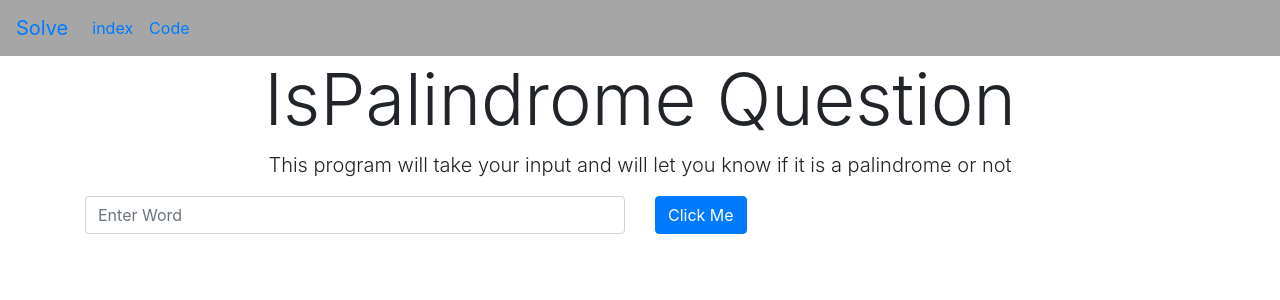
Repository: zhadjah9559/TacocatGrammar
Page: solve.html
These files come from the project's save history. The page is drawn as it stood at one moment and after the next save; the edit follows.
The browser window is 1280 px wide. The pictures show the whole page.

Above is the page before, as saved 2021-01-12 01:02:09.

After the next save:
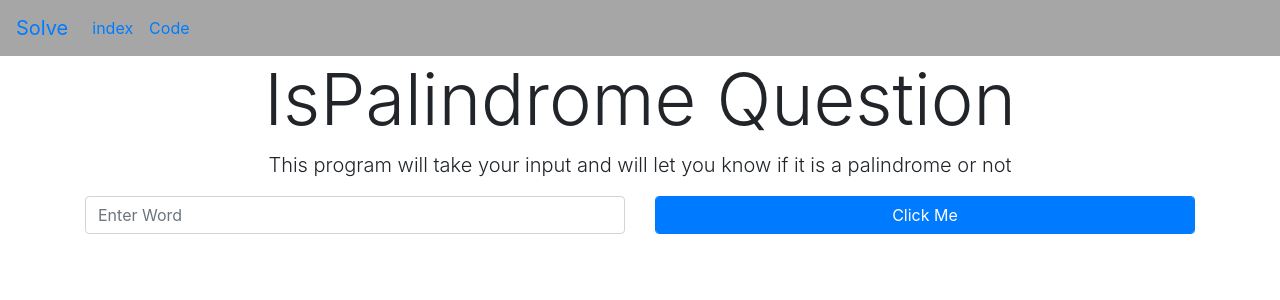
Saved 41 s later.
--- a/solve.html
+++ b/solve.html
@@ -44,7 +44,7 @@
 
                 <!--We'll use this to implement event listener-->
                 <div class="col">
-                    <button id="userInputBtn" class="btn btn-primary">Click Me</button>
+                    <button id="userInputBtn" class="btn btn-primary form-control">Click Me</button>
                 </div>
             </div>
 
